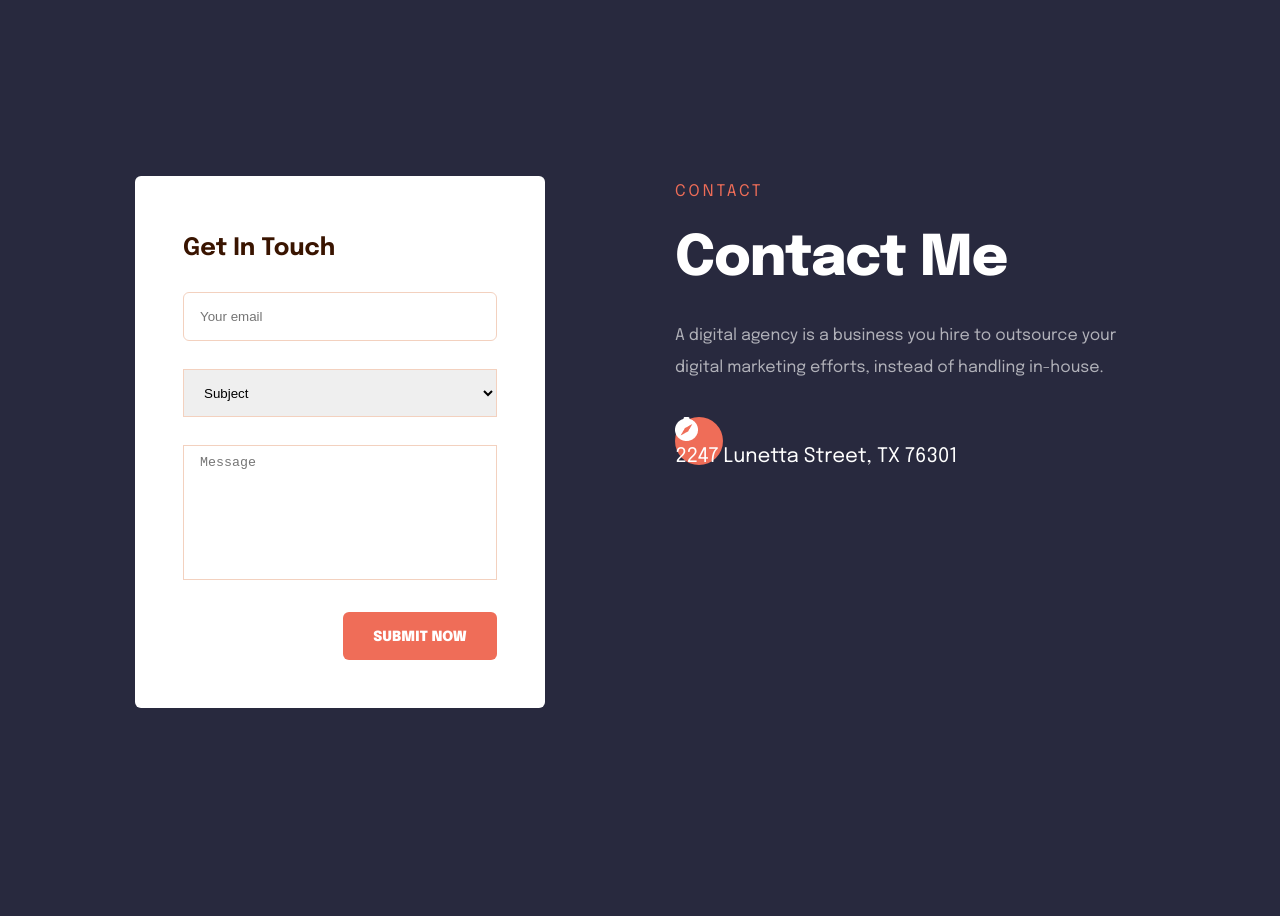
Repository: simralgasimov/contact-me
Page: index.html
An editor plug-in stored every save of this project. The page is shown before and after a run of saves, followed by the edit.
The browser window is 1280 px wide. The pictures show the whole page.

Above is the page before, as saved 2023-10-04 13:32:06.

After the next 5 saves:
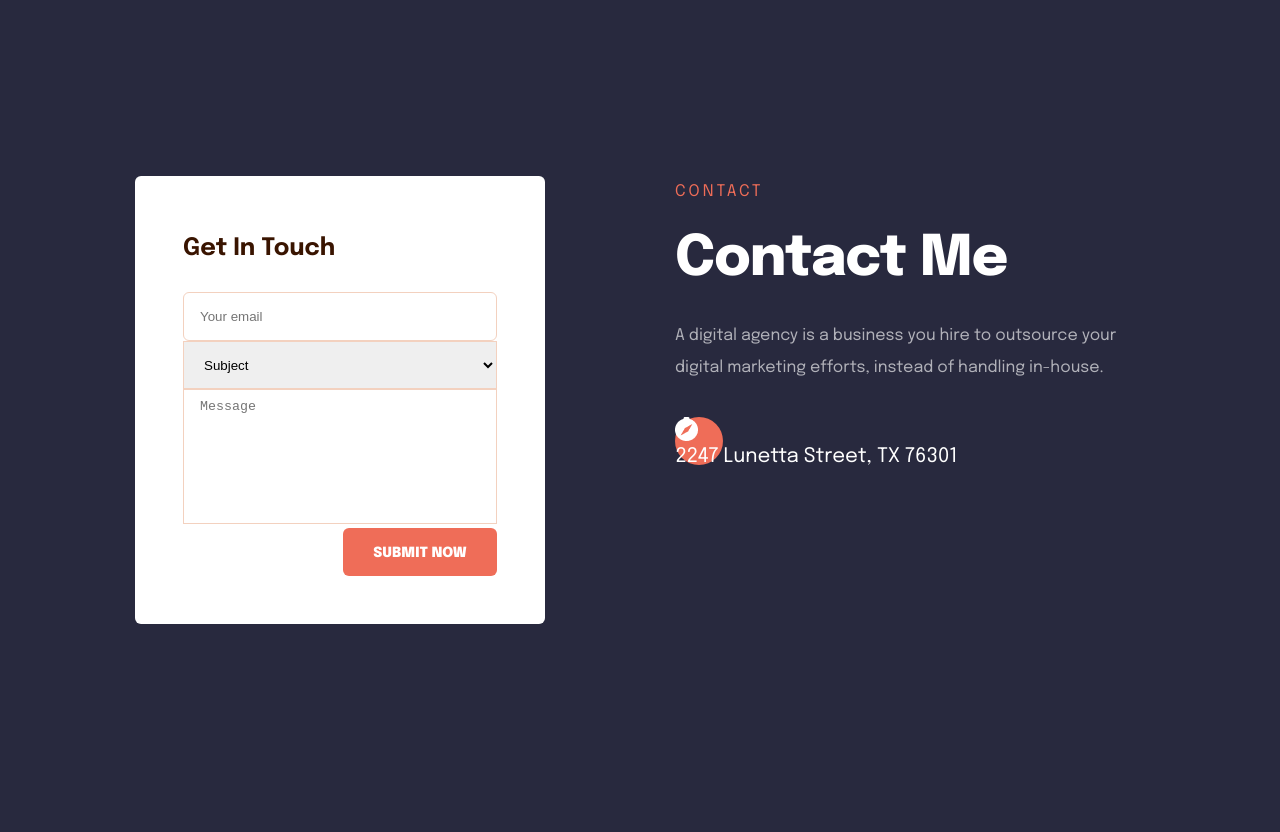
The 5 saves are shown as one change because they came seconds apart.
The last was saved 27 s later.
--- a/index.css
+++ b/index.css
@@ -38,6 +38,7 @@
   border: 1px solid #f3d1bf;
   background: #fff;
 }
+.container input::placeholder
 
 .container form label {
   display: block;

After the 3 saves that followed:
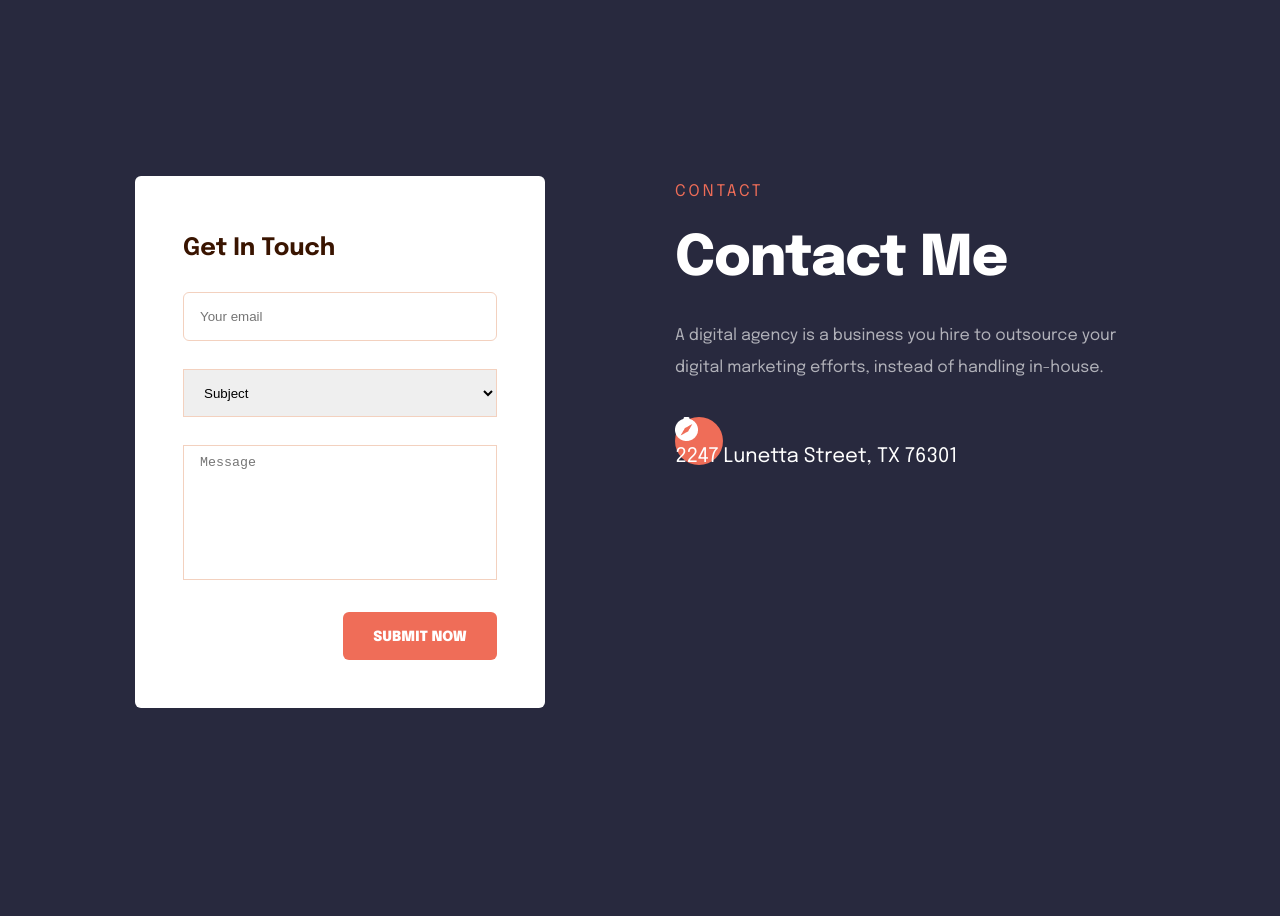
The 3 saves are shown as one change because they came seconds apart.
The last was saved 12 s later.
--- a/index.css
+++ b/index.css
@@ -38,7 +38,10 @@
   border: 1px solid #f3d1bf;
   background: #fff;
 }
-.container input::placeholder
+.container input::placeholder,
+.container textarea::placeholder{
+
+}
 
 .container form label {
   display: block;
